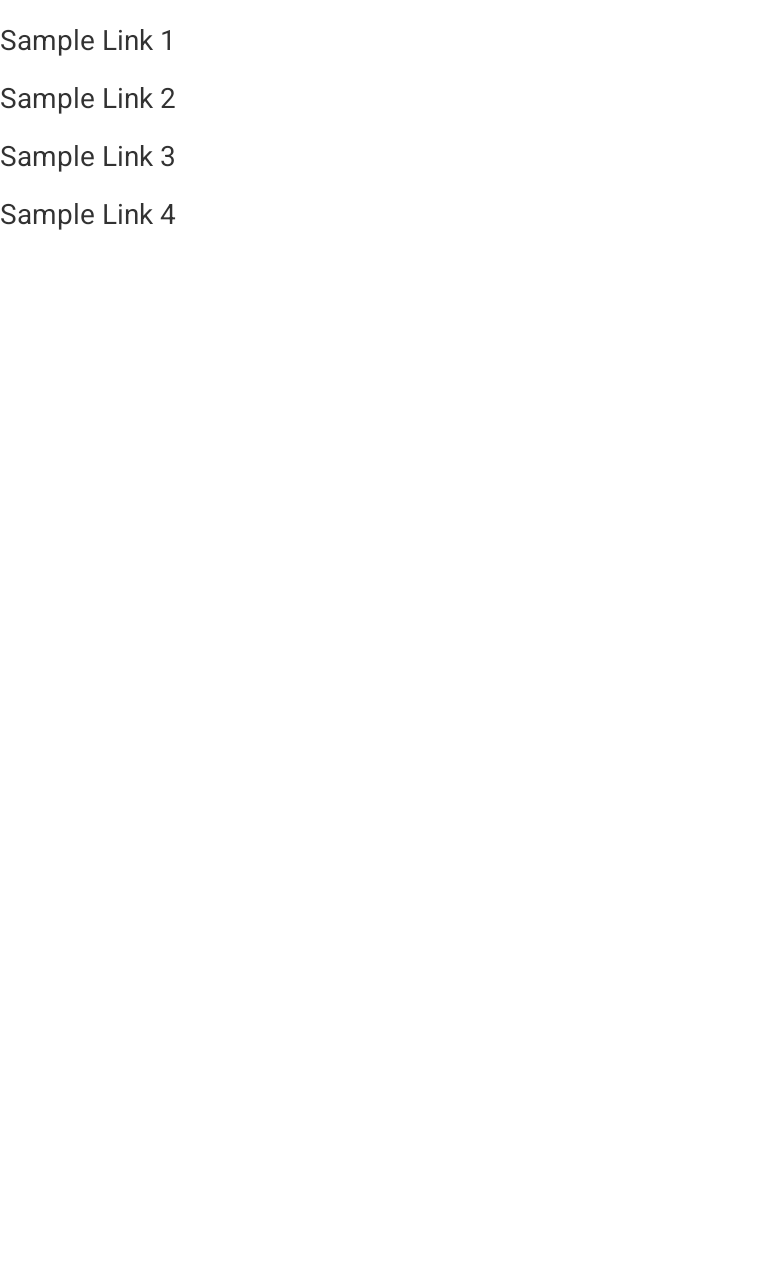
Repository: scottcaruso/MDF3_widgets_and_action_bars
Layout: news_feed_widget/res/layout/widget_layout.xml
These files come from the project's save history. The layout is drawn as it stood at one moment and after the next save; the edit follows.
It is drawn on a 768 x 1280 px phone screen (xhdpi) without system bars, with theme AppTheme; the app's code is not run.

Above is the layout before, as saved 2013-09-19 00:48:58.

### news_feed_widget/res/layout/widget_layout.xml
<?xml version="1.0" encoding="utf-8"?>
<FrameLayout xmlns:android="http://schemas.android.com/apk/res/android"
    android:layout_width="match_parent"
    android:layout_height="match_parent" >

    <LinearLayout
        android:layout_width="wrap_content"
        android:layout_height="wrap_content"
        android:orientation="vertical">

        <TextView
        android:id="@+id/link1"
        android:layout_width="wrap_content"
        android:layout_height="wrap_content"
        android:text="@string/sample_link_1"
        android:paddingTop="10dp"/>

        <TextView
        android:id="@+id/link2"
        android:layout_width="wrap_content"
        android:layout_height="wrap_content"
        android:text="@string/sample_link_2"
        android:paddingTop="10dp" />

        <TextView
        android:id="@+id/link3"
        android:layout_width="wrap_content"
        android:layout_height="wrap_content"
        android:text="@string/sample_link_3"
        android:paddingTop="10dp" />

        <TextView
        android:id="@+id/link4"
        android:layout_width="wrap_content"
        android:layout_height="wrap_content"
        android:text="@string/sample_link_4"
        android:paddingTop="10dp" />

    </LinearLayout>



</FrameLayout>

### news_feed_widget/res/values/strings.xml
<?xml version="1.0" encoding="utf-8"?>
<resources>

    <string name="app_name">news_feed_widget</string>
    <string name="action_settings">Settings</string>
    <string name="hello_world">Hello world!</string>
    <string name="sample_link_1">Sample Link 1</string>
    <string name="sample_link_2">Sample Link 2</string>
    <string name="sample_link_3">Sample Link 3</string>
    <string name="sample_link_4">Sample Link 4</string>

</resources>

Loaded but not shown: news_feed_widget/res/values/styles.xml (common file); news_feed_widget/res/values-v11/styles.xml (common file); news_feed_widget/res/values-v14/styles.xml (common file)

After the next save:
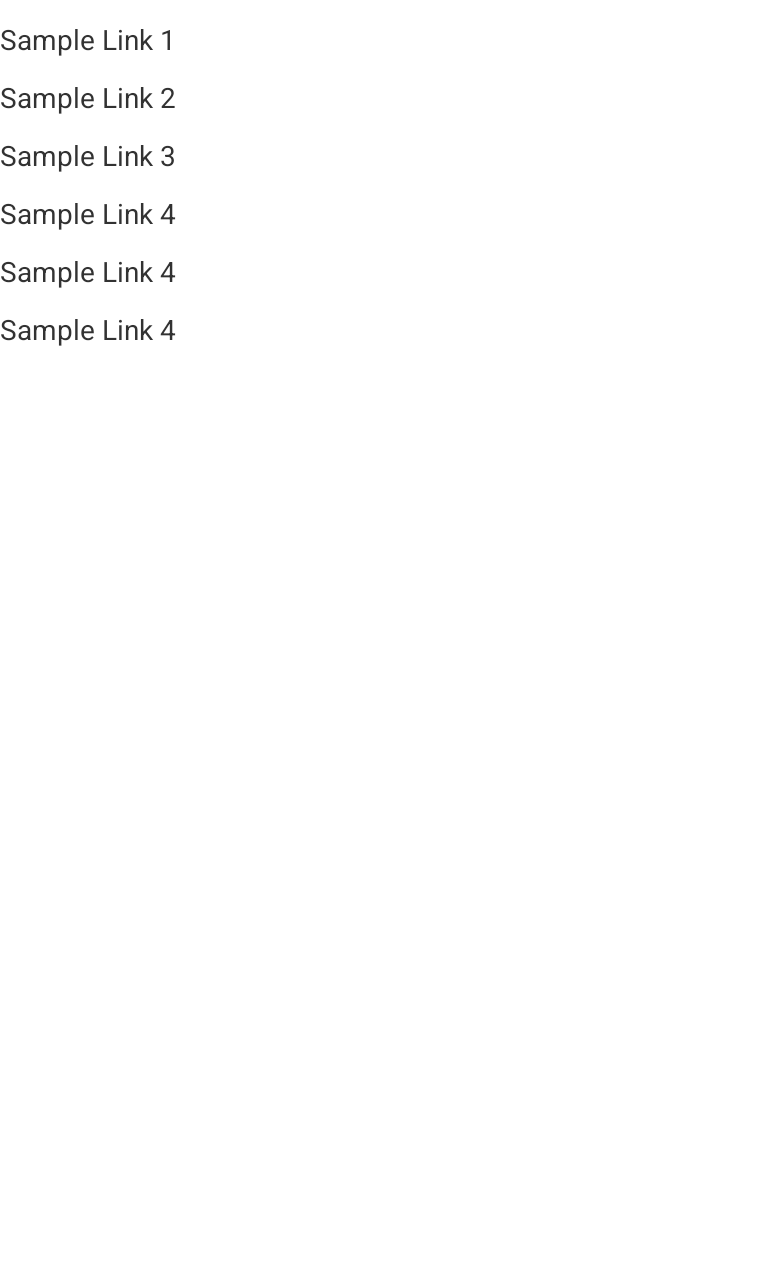
Saved 92 s later.
--- a/news_feed_widget/res/layout/widget_layout.xml
+++ b/news_feed_widget/res/layout/widget_layout.xml
@@ -36,6 +36,20 @@
         android:text="@string/sample_link_4"
         android:paddingTop="10dp" />
 
+        <TextView
+        android:id="@+id/link5"
+        android:layout_width="wrap_content"
+        android:layout_height="wrap_content"
+        android:text="@string/sample_link_4"
+        android:paddingTop="10dp" />
+
+        <TextView
+        android:id="@+id/link6"
+        android:layout_width="wrap_content"
+        android:layout_height="wrap_content"
+        android:text="@string/sample_link_4"
+        android:paddingTop="10dp" />
+
     </LinearLayout>
 
 
